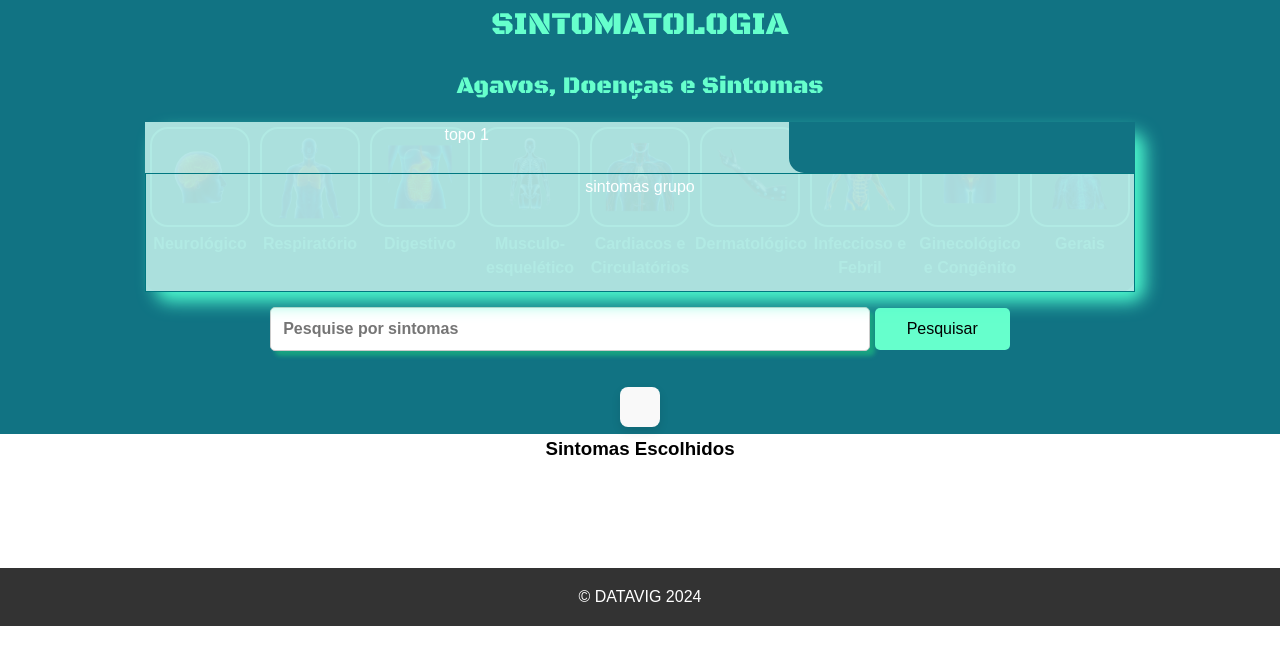
Repository: br-on/vigia
Page: index.html
An editor plug-in stored every save of this project. The page is shown before and after the next save, followed by the edit.
The browser window is 1280 px wide. The pictures show the whole page.
Some web fonts or font styles are not loaded; a fallback is used.

Above is the page before, as saved 2024-09-16 20:16:28.

### index.html
<!DOCTYPE html>
<html lang="pt-br">
<head>
  <meta charset="UTF-8">
  <meta name="viewport" content="width=device-width, initial-scale=1.0">
  <title>IA VIGILÂNCIA</title>
  <link rel="stylesheet" href="assets/style/style.css">
</head>
<body>
  <nav>
  </nav>
  <header class="search">
    <h1 class="black-ops-one-regular">SINTOMATOLOGIA</h1>
    <h2 class="black-ops-one-regular">Agavos, Doenças e Sintomas</h2>

    <div class="grupos-sintomas">

      <div class="base-div">
      <div id="neurologicos" class="grupo"><div class="grupo-sintoma"><img src="/assets/img/grupos/neurologico.png" alt=""></div><div class="nome-grupo electrolize-regular">Neurológico</div></div>
      <div id="respiratorios" class="grupo"><div class="grupo-sintoma"><img src="assets/img/grupos/respiratorio.png" alt=""></div><div class="nome-grupo electrolize-regular">Respiratório</div></div>
      <div id="digestivos" class="grupo"><div class="grupo-sintoma"><img src="assets/img/grupos/digestivo.png" alt=""></div><div class="nome-grupo electrolize-regular">Digestivo</div></div>
      <div id="musculoesqueleticos" class="grupo"><div class="grupo-sintoma"><img src="assets/img/grupos/musculoesqueletico.png" alt=""></div><div class="nome-grupo electrolize-regular">Musculo- esquelético</div></div>
      <div id="cardiacos-circulatorios" class="grupo"><div class="grupo-sintoma"><img src="assets/img/grupos/cardiaco.png" alt=""></div><div class="nome-grupo electrolize-regular">Cardiacos e Circulatórios</div></div>
      <div id="dermatologicos" class="grupo"><div class="grupo-sintoma"><img src="assets/img/grupos/dermatologico.png" alt=""></div><div class="nome-grupo electrolize-regular">Dermatológico</div></div>
      <div id="infecciosos-febris" class="grupo"><div class="grupo-sintoma"><img src="assets/img/grupos/infecciosofebril.png" alt=""></div><div class="nome-grupo electrolize-regular">Infeccioso e Febril</div></div>
      <div id="ginecologicos-congenitos" class="grupo"><div class="grupo-sintoma"><img src="assets/img/grupos/ginecologicocongentia.png" alt=""></div><div class="nome-grupo electrolize-regular">Ginecológico e Congênito</div></div>
      <div id="sistemicos-gerais" class="grupo"><div class="grupo-sintoma"><img src="assets/img/grupos/gerais.png" alt=""></div><div class="nome-grupo electrolize-regular">Gerais</div></div>
      </div>

      <div class="overlay-div">
        <div class="top-overlay-div">
          <div class="top-1">topo 1</div>
          <div class="top-2"></div>
        </div>
        <div class="sintomas-grupo">
        sintomas grupo
        </div>
      </div>


    </div><br>
    <input type="text" placeholder="Pesquise por sintomas" class="electrolize-regular" id="campo-pesquisa">
    <button onclick="pesquisar()">Pesquisar</button>
    <br>
    <div id="resultados-pesquisa" class="resultado-pesquisa-sintomas"></div>
  </header>
  <main>
    <center><h3>Sintomas Escolhidos</h3></center>
    <div id="sintomas-escolhidos">
      <!-- Sintomas escolhidos serão exibidos aqui -->
    </div>
    <br><br>
    <div id="resultados-doencas">
      <!-- Resultados das doenças serão exibidos aqui -->
    </div>
    <br><br>

  </main>
  <footer>
    <p>&copy; DATAVIG 2024</p>
  </footer>

  <script src="assets/script/sintomas.js"></script>
  <script src="assets/script/data.js"></script>
  <script src="assets/script/app.js"></script>
</body>
</html>

### assets/style/style.css
@import url('https://fonts.googleapis.com/css2?family=Black+Ops+One&display=swap');
@import url('https://fonts.googleapis.com/css2?family=Electrolize&display=swap');

* {
    margin: 0;
    padding: 0;
}

.black-ops-one-regular {
  font-family: "Black Ops One", system-ui;
  font-weight: 400;
  font-style: normal;
}

.electrolize-regular {
  font-family: "Electrolize", sans-serif;
  font-weight: 600;
  font-style: normal;
}

/* Estilos globais */
* {
    margin: 0;
    padding: 0;
    box-sizing: border-box;
}

html, body {
    height: 100%;
}

body {
    font-family: Arial, sans-serif;
    line-height: 1.6;
    margin: 0;
    padding: 0;

}

header, nav, footer {
    background-color: #333;
    color: #fff;
    text-align: center;
}

main {
    flex: 1;
}

h1, h2 {
    color: #66ffcc;
    margin-bottom: 1rem;
}

/* Estilo para o formulário de pesquisa */
.search {
    text-align: center;
    background-color: #117383;
}

.search input[type="text"] {
    margin-top: 15px;
    width: 600px;
    padding: 0.75rem;
    margin-bottom: 1rem;
    border: 1px solid #ccc;
    border-radius: 5px;
    font-size: 1rem;
    box-shadow: 5px 5px 4.5px #19a381;
}

.search button {
    padding: 0.75rem 2rem;
    background-color: #66ffcc;
    color: #000;
    border: none;
    border-radius: 5px;
    cursor: pointer;
    font-size: 1rem;
}

.search button:hover {
    background-color: #29a67c;
    color: rgb(255, 255, 255);
}

/* Estilo para resultados */
.results {
    padding: 2rem;
    background-color: #fff;
    text-align: center;
}

/* Estilo do rodapé */

footer {
    background-color: #333;
    color: white;
    padding: 1rem;
    text-align: center;
    position: relative;
    bottom: 0;
    width: 100%;
}

/* Media Queries para telas menores */
@media (max-width: 768px) {
    .search input[type="text"] {
        width: 95%;
    }

    .search button {
        width: 100%;
        margin-top: 1rem;
    }
}

@media (max-width: 480px) {
    h1 {
        font-size: 2rem;
    }

    h2 {
        font-size: 1.5rem;
    }

    footer {
        font-size: 0.9rem;
    }
}

/* Container principal dos resultados */
#resultados-pesquisa {

    max-height: 80vh; /* Limita a altura para que os resultados não ocupem a tela inteira */
    overflow-y: auto; /* Ativa a barra de rolagem vertical */
    padding: 20px;
    margin-top: 20px;
    border-radius: 8px;
    box-shadow: 0px 4px 10px rgba(0, 0, 0, 0.1); /* Sombra suave */
    background-color: #f9f9f9; /* Fundo claro */
}

/* Estilo dos itens de resultado */
.item-resultado {
    border: 3px solid #e0e0e0; /* Borda leve ao redor do item */
    border-radius: 8px; /* Bordas arredondadas */
    padding: 20px; /* Espaçamento interno */
    margin-bottom: 20px; /* Espaçamento entre os itens */
    background-color: #fff; /* Fundo branco para o item */
    box-shadow: 0px 4px 8px rgba(0, 0, 0, 0.05); /* Sombra leve */
    transition: transform 0.3s ease, box-shadow 0.3s ease; /* Transição suave */
}

/* Efeito hover nos itens */
.item-resultado:hover {
    transform: translateY(-5px); /* Eleva o item ao passar o mouse */
    box-shadow: 0px 6px 12px rgba(0, 0, 0, 0.15); /* Aumenta a sombra ao passar o mouse */
}

/* Título do item */
.item-resultado h2 {
    font-size: 1.8rem;
    margin-bottom: 10px;
    color: #333; /* Cor mais escura para o título */
    font-weight: bold;
}

/* Subtítulos (Descrição, Sintomas, etc.) */
.item-resultado h4 {
    font-size: 1.2rem;
    margin-top: 15px;
    margin-bottom: 8px;
    color: #555; /* Cor intermediária */
}

/* Texto descritivo */
.item-resultado .descricao-meta {
    font-size: 1rem;
    line-height: 1.5; /* Facilita a leitura */
    color: #666; /* Cor do texto */
    margin-bottom: 15px;
}

/* Links */
.item-resultado a {
    font-size: 1rem;
    color: #007bff; /* Cor azul padrão */
    text-decoration: none;
}

.item-resultado a:hover {
    text-decoration: underline; /* Sublinha ao passar o mouse */
}

/* Barra de rolagem estilizada */
#resultados-pesquisa::-webkit-scrollbar {
    width: 8px;
}

#resultados-pesquisa::-webkit-scrollbar-thumb {
    background-color: #888;
    border-radius: 10px;
}

#resultados-pesquisa::-webkit-scrollbar-thumb:hover {
    background-color: #555;
}


/* Adicione isto ao seu arquivo CSS */
#filtros-sintomas {
    width: 90%;
    margin: 0 auto; /* Centraliza a div horizontalmente */
    display: flex;
    flex-wrap: wrap; /* Faz com que os itens quebrem para a linha seguinte */
    gap: 10px; /* Espaço entre os itens */
    box-sizing: border-box;
}

#filtros-sintomas label {
    display: flex;
    align-items: center;
    margin-right: 10px; /* Espaço entre os labels */

}


.sintoma-item {
    padding: 10px;
    margin: 5px 0;
    border-radius: 5px;
    cursor: pointer;
    margin: 2px;
}

.sintoma-item:hover {
    opacity: 0.8;
}

#sintomas-escolhidos {
    display: inline-flex;
    flex-wrap: wrap;
    margin-top: 20px;
}

.sintoma-escolhido {
    background-color: #d4edda; /* Cor de fundo verde clara */
    border: 1px solid #c3e6cb;
    padding: 10px;
    margin: 5px 0;
    border-radius: 5px;
}

.resultado-pesquisa-sintomas {
    display: inline-flex;
    flex-wrap: wrap;
    align-items: center;
    justify-content: center;
}

.grupos-sintomas {
    position: relative;
    margin: 0 auto;
    display: inline-flex;
    flex-wrap: wrap;
    justify-content: center;
    align-items: flex-start;
    min-height: 170px;
    background-color: #0f5c5093;
    border-radius: 15px;
    box-shadow: 10px 10px 17px #4cf8cd;
}

/* Media Queries para telas menores */
@media (max-width: 768px) {
    .grupos-sintomas {
        width: 94.5%;
    }
}

.grupo:hover {
    cursor: pointer;
    .nome-grupo {
        margin-top: 18px;
        background-color: hsl(29, 100%, 42%);
    }
    .grupo-sintoma {
        height: 90px;
        width: 90px;
        transition: 0.5s;
        cursor: pointer;
        border-radius: 50%;
        background-color: hsl(29, 100%, 42%);
    }
  }
.grupo-sintoma {
    display: flex;
    justify-content: center;
    align-items: center;
    margin: 5px;
    width: 100px;
    height: 100px;
    border-radius: 18px;
    border: solid 2.5px #66ffcc;
}

.grupo-sintoma img {
    width: 90px;
    height: 90px;
}

.grupo-sintoma img:hover {
    height: 130px;
    width: 130px;
    transition: 0.5s;
    cursor: pointer;
}

.nome-grupo {
    max-width: 110px;
    font-size: 1em;
    color: #66ffcc;
    line-height: 1.5;

}


/* background-color dos nomes dos grupos */
/* sem utilidade no momento */
    .bg-neurologicos {background-color: #88490d; }
    .bg-respiratorios {background-color: #26B63E; }
    .bg-digestivos {background-color: #060270;}
    .bg-musculoesqueleticos {background-color: #632e2e;}
    .bg-cardiacos-circulatorios {background-color: #D20103;}
    .bg-dermatologicos {background-color: #c63de9;}
    .bg-infecciosos-febris {background-color: #4419AA;}
    .bg-ginecologicos-congenitos {background-color: #3b0a49;}
    .bg-sistemicos-gerais {background-color: #2B5D9C;}


.base-div {
        display: inline-flex;
        flex-wrap: wrap;

        /* A altura será variável de acordo com o conteúdo */
}

.overlay-div {
    position: absolute;
    display: flex;
    flex-direction: column;
    width: 100%; /* A largura da div sobreposta será igual à da div base */
    height: 100%; /* A altura será igual à div base */
    background-color: rgba(183, 233, 230, 0.934); /* Cor com transparência */

}

.top-overlay-div {
    height: 30%;
    display: flex;
}

.top-overlay-div .top-1 {
    width:65%;
}
.top-overlay-div .top-2 {
    width: 35%;
    background-color: #117383;
    border-bottom-left-radius: 15px;
}
.sintomas-grupo {
    border: solid 1px rgb(0, 119, 128);
    height: 70%;
}

### assets/script/app.js
document.addEventListener('DOMContentLoaded', function () {
    // Carregar sintomas iniciais (se necessário)
});

// Função para exibir os sintomas ao clicar em um grupo
function exibirSintomasPorGrupo(grupoId) {
    let resultadosSintomasDiv = document.getElementById("resultados-pesquisa");
    resultadosSintomasDiv.innerHTML = ""; // Limpar resultados anteriores

    // Obter sintomas já escolhidos
    let sintomasEscolhidos = Array.from(document.getElementById("sintomas-escolhidos").children)
        .map(div => div.textContent);

    // Filtrar sintomas pelo grupo clicado e que não foram escolhidos
    let sintomasEncontrados = dataSintomas.filter(sintoma =>
        sintoma.grupo_sintoma.toLowerCase() === grupoId.toLowerCase() &&
        !sintomasEscolhidos.includes(sintoma.titulo_sintoma)
    );

    if (sintomasEncontrados.length > 0) {
        sintomasEncontrados.forEach(sintoma => {
            let divSintoma = document.createElement('div');
            divSintoma.className = 'sintoma-item';
            divSintoma.style.backgroundColor = coresPorGrupo[grupoId.toLowerCase()] || '#ccc';
            divSintoma.textContent = sintoma.titulo_sintoma;
            divSintoma.addEventListener('click', () => adicionarSintomaEscolhido(sintoma, grupoId));
            resultadosSintomasDiv.appendChild(divSintoma);
        });
    } else {
        resultadosSintomasDiv.innerHTML = '<p>Nenhum sintoma encontrado para este grupo.</p>';
    }
}


// Função para configurar o clique nos grupos
function configurarEventosDeCliqueNosGrupos() {
    // Seleciona todas as divs de grupos de sintomas
    const grupos = document.querySelectorAll('.grupo');

    // Adiciona o evento de clique para cada grupo
    grupos.forEach(grupo => {
        grupo.addEventListener('click', () => {
            exibirSintomasPorGrupo(grupo.id); // Exibe sintomas ao clicar no grupo
        });
    });
}

// Chama essa função quando a página carrega
window.onload = configurarEventosDeCliqueNosGrupos;

// Função do botão pesquisar
function pesquisar() {
    let campoPesquisa = document.getElementById("campo-pesquisa").value.toLowerCase();
    let resultadosSintomasDiv = document.getElementById("resultados-pesquisa");
    resultadosSintomasDiv.innerHTML = ""; // Limpar resultados anteriores

    // Obter sintomas já escolhidos
    let sintomasEscolhidos = Array.from(document.getElementById("sintomas-escolhidos").children)
        .map(div => div.textContent);

    // Filtrar sintomas que correspondem ao texto digitado e que não foram escolhidos
    let sintomasEncontrados = dataSintomas.filter(sintoma =>
        (sintoma.titulo_sintoma.toLowerCase().includes(campoPesquisa) ||
        sintoma.grupo_sintoma.toLowerCase().includes(campoPesquisa)) &&
        !sintomasEscolhidos.includes(sintoma.titulo_sintoma)
    );

    sintomasEncontrados.forEach(sintoma => {
        let divSintoma = document.createElement('div');
        divSintoma.className = 'sintoma-item';

        let grupoId = sintoma.grupo_sintoma.toLowerCase().replace(/\s/g, '-');
        divSintoma.style.backgroundColor = coresPorGrupo[grupoId] || '#ccc';

        divSintoma.textContent = sintoma.titulo_sintoma;
        divSintoma.addEventListener('click', () => adicionarSintomaEscolhido(sintoma, grupoId));
        resultadosSintomasDiv.appendChild(divSintoma);
    });
}

function adicionarSintomaEscolhido(sintoma, grupoId) {
    let sintomasEscolhidosDiv = document.getElementById("sintomas-escolhidos");

    // Verifica se o sintoma já foi escolhido
    let sintomaJaEscolhido = Array.from(sintomasEscolhidosDiv.children).some(div => div.textContent === sintoma.titulo_sintoma);
    if (sintomaJaEscolhido) return; // Evita adicionar o mesmo sintoma mais de uma vez

    let divEscolhido = document.createElement('div');
    divEscolhido.className = 'sintoma-escolhido';
    divEscolhido.textContent = sintoma.titulo_sintoma;

    // Aplicar a cor do grupo ao sintoma escolhido
    divEscolhido.style.backgroundColor = coresPorGrupo[grupoId.toLowerCase()] || '#ccc';

    // Adiciona o evento de clique para remover o sintoma da lista escolhida
    divEscolhido.addEventListener('click', () => removerSintomaEscolhido(sintoma));

    sintomasEscolhidosDiv.appendChild(divEscolhido);

    // Remover o sintoma da lista de sintomas encontrados
    let sintomasEncontrados = document.querySelectorAll('#resultados-pesquisa .sintoma-item');
    sintomasEncontrados.forEach(item => {
        if (item.textContent === sintoma.titulo_sintoma) {
            item.remove();
        }
    });

    mostrarDoencasRelacionadas();
}

function removerSintomaEscolhido(sintoma) {
    let sintomasEscolhidosDiv = document.getElementById("sintomas-escolhidos");

    // Encontrar e remover o sintoma da lista de escolhidos
    Array.from(sintomasEscolhidosDiv.children).forEach(div => {
        if (div.textContent === sintoma.titulo_sintoma) {
            div.remove();
        }
    });

    // Reexibir o sintoma na lista de pesquisa ou na lista de grupo
    let resultadosSintomasDiv = document.getElementById("resultados-pesquisa");

    let divSintoma = document.createElement('div');
    divSintoma.className = 'sintoma-item';

    // Atribuir cor do grupo
    let grupoId = sintoma.grupo_sintoma.toLowerCase().replace(/\s/g, '-');
    divSintoma.style.backgroundColor = coresPorGrupo[grupoId] || '#ccc';

    divSintoma.textContent = sintoma.titulo_sintoma;
    divSintoma.addEventListener('click', () => adicionarSintomaEscolhido(sintoma, grupoId));
    resultadosSintomasDiv.appendChild(divSintoma);

    mostrarDoencasRelacionadas();
}

function mostrarDoencasRelacionadas() {
    let sintomasEscolhidosDiv = document.getElementById("sintomas-escolhidos");
    let sintomasEscolhidos = Array.from(sintomasEscolhidosDiv.children).map(div => div.textContent.trim().toLowerCase());

    let resultadosDoencasDiv = document.getElementById("resultados-doencas");
    resultadosDoencasDiv.innerHTML = ""; // Limpar resultados anteriores

    // Percorre cada doença no array dataDoencas
    dataDoencas.forEach(doenca => {
        // Divide os sintomas da doença em um array e remove espaços extras
        let sintomasDoenca = doenca.sintomas.toLowerCase().split(',').map(s => s.trim());

        // Verifica se todos os sintomas escolhidos estão incluídos nos sintomas da doença
        let correspondeSintomas = sintomasEscolhidos.every(sintomaEscolhido =>
            sintomasDoenca.includes(sintomaEscolhido)
        );

        // Se todos os sintomas escolhidos estiverem presentes, exibe a doença
        if (correspondeSintomas) {
            resultadosDoencasDiv.innerHTML += `
                <div class="item-resultado">
                    <center><h2 class="black-ops-one-regular">${doenca.titulo}</h2></center>
                    <h4 class="electrolize-regular">Descrição</h4>
                    <p class="descricao-meta">${doenca.descricao}</p>
                    <h4 class="electrolize-regular">Sintomas</h4>
                    <p class="descricao-meta">${doenca.sintomas}</p>
                    <h4 class="electrolize-regular">Prevenção</h4>
                    <p class="descricao-meta">${doenca.prevencao}</p>
                    <h4 class="electrolize-regular">Tratamento</h4>
                    <p class="descricao-meta">${doenca.tratamento}</p>
                    <a href="${doenca.link}" target="_blank">${doenca.link}</a>
                </div>
            `;
        }
    });
}

Loaded but not shown: assets/script/data.js (373 lines, source omitted); assets/script/sintomas.js (484 lines, source omitted)

After the next save:
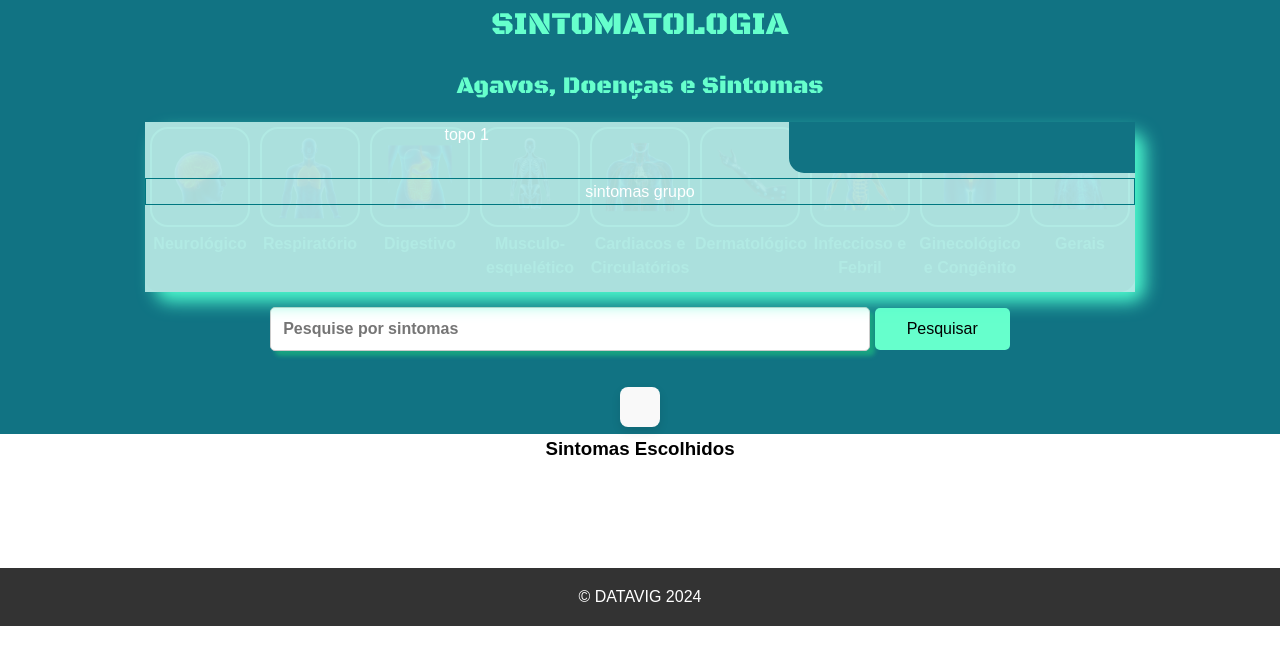
Saved 36 s later.
--- a/assets/style/style.css
+++ b/assets/style/style.css
@@ -371,5 +371,5 @@ footer {
 }
 .sintomas-grupo {
     border: solid 1px rgb(0, 119, 128);
-    height: 70%;
-}
+    margin-top: 5px;
+}
